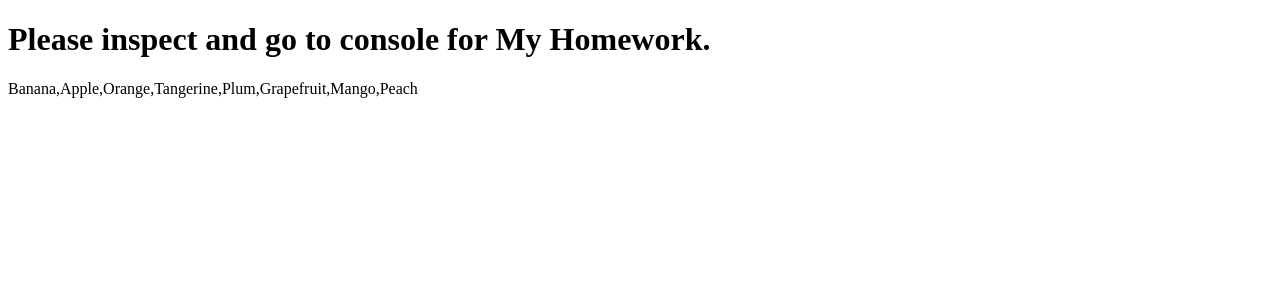
Repository: brightwhitesnow/brightwhitesnow.github.io
Page: Weba/lesson2/homeworkfiles/index.html
An editor plug-in stored every save of this project. The page is shown before and after a run of saves, followed by the edit.
The browser window is 1280 px wide. The pictures show the whole page.

Above is the page before, as saved 2021-04-18 10:20:11.

After the next 2 saves:
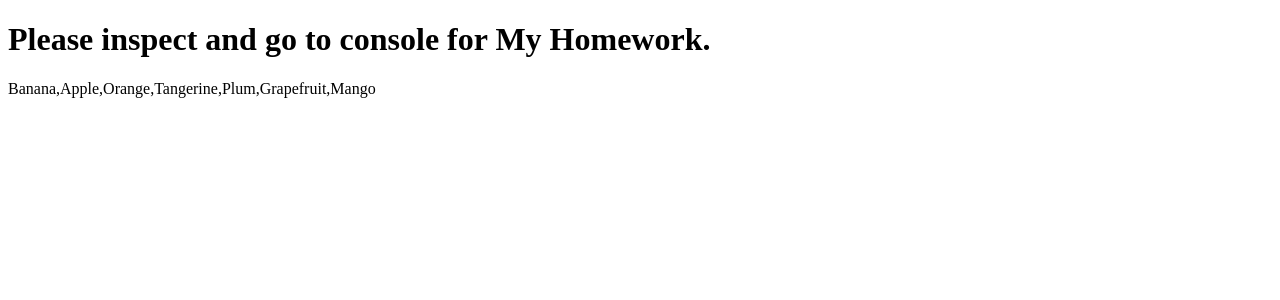
The 2 saves are shown as one change because they came seconds apart.
The last was saved 28 s later.
--- a/Weba/lesson2/homeworkfiles/script.js
+++ b/Weba/lesson2/homeworkfiles/script.js
@@ -135,4 +135,4 @@ let d = (y, z) => {
 var arr1 = ["Banana", "Apple", "Orange", "Tangerine", "Plum", "Grapefruit", "Mango"];
 arr1.slice(0)
 var myChildren = arr1.concat("Peach");
-document.getElementById("demo").innerHTML = myChildren;
+document.getElementById("demo").innerHTML = arr1;
